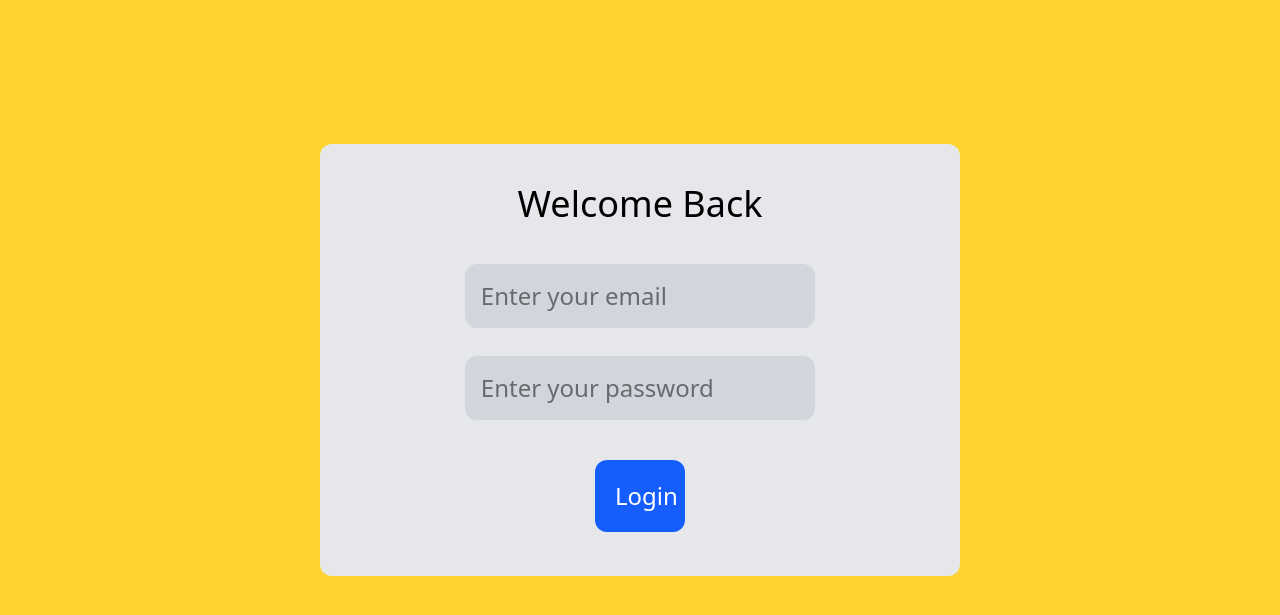
Repository: Habeebur1493/React-App
Page: /
An editor plug-in stored every save of this project. The page is shown before and after the next save, followed by the edit.
The browser window is 1280 px wide. The pictures show the whole page.
The page's requests for data from a server got no answer. The project was rebuilt for these pictures with package versions that can differ from the ones it lists, and the page was loaded fresh each time. No one was signed in, and anything a server would have sent is missing. Also part of the build but not shown: vite.config.js, src/Components/Nav.jsx, src/Components/Loading.jsx, src/Components/Home.jsx, src/Components/Details.jsx, src/Components/Addproducts.jsx, src/Components/ShowProducts.jsx.

Above is the page before, as saved 2025-02-05 15:39:30.

### index.html
<!doctype html>
<html lang="en">
  <head>
    <meta charset="UTF-8" />
    <meta name="viewport" content="width=device-width, initial-scale=1.0" />
    <title>Project</title>
  </head>
  <body>
    <div id="root"></div>
    <script type="module" src="/src/main.jsx"></script>
  </body>
</html>

### src/main.jsx
import React, { StrictMode } from "react";
import { createRoot } from "react-dom/client";
import App from "./App.jsx";
import { BrowserRouter } from "react-router-dom";
import Context from "./Components/utils/Context.jsx";
import { ToastContainer } from "react-toastify";

createRoot(document.getElementById("root")).render(
 <StrictMode>
   <Context>
    <BrowserRouter>
      <App />
      <ToastContainer />
    </BrowserRouter>
    </Context>
 </StrictMode>

);

### src/App.jsx
import React, { useState } from "react";
import "./App.css";
import { Route, Routes } from "react-router-dom";
import Login from "./Components/Login.jsx";
import Home from "./Components/Home.jsx";
import Details from "./Components/Details.jsx";
import Addproducts from "./Components/Addproducts.jsx";
import ShowProducts from "./Components/ShowProducts.jsx";

const App = () => {
  const [selectedProduct, setSelectedProduct] = useState(null);

  return (
    <div className='h-screen w-screen flex'>
      <Routes>
        <Route path='/' element={<Login />} />
        <Route path='/Home' element={<Home />} />
        <Route path='/add-products' element={<Addproducts />} />
        <Route path='/details/:id' element={<Details />} />
        <Route path='/show-products'element={<ShowProducts
              setSelectedProduct={setSelectedProduct}
              selectedProduct={selectedProduct}
            />
          }
        />
      </Routes>
    </div>
  );
};

export default App;

### src/Components/utils/Context.jsx
import React, { createContext, useEffect, useState } from "react";
import axios from "axios";

export const ProductContext = createContext();

const Context = ({children}) => {
  const [products, setproducts] = useState([]);

  const getproducts = async () => {
    try {
      const { data } = await axios.get("https://fakestoreapi.com/products");
      setproducts(data);
    } catch (error) {
      console.log( "Error Fetching products"  ,error);
    }
  };

  useEffect(() => {
    getproducts();
  }, []);

  return (
    <ProductContext.Provider value={{products, setproducts}}>
      {children}
    </ProductContext.Provider>
  );
};

export default Context;

### src/Components/Login.jsx
import React, { useEffect, useState } from "react";
import { useNavigate } from "react-router-dom";

const Login = () => {
  const [email, setEmail] = useState("");
  const [password, setPassword] = useState("");

  const navigate = useNavigate();

  useEffect(() => {
    const auth = localStorage.getItem("user");
    if (auth) {
      navigate("/");
    }
  }, [navigate]);

  const login = async () => {
    let result = await fetch("https://reqres.in/api/login", {
      method: "post",
      body: JSON.stringify({ email, password }),
      headers: {
        "Content-Type": "application/json",
        Accept: "application/json",
      },
    });
    result = await result.json();
    console.log(result);

    if (result.token) {
      localStorage.setItem("user", JSON.stringify(email));
      localStorage.setItem("token", JSON.stringify(result.token));
      navigate("/Home");
      } else{
        alert("Please enter correct details")
      }
  }

  return (
      <div className="w-full h-screen flex justify-center items-center bg-amber-300 ">
        <div className="w-[50%] h-[60%] p-5 bg-gray-200 flex-col flex items-center gap-3 rounded-xl">
          <h1 className="text-4xl font semibold mt-5 mb-5">Welcome Back</h1>

          <div className="w-full flex justify-center items-center flex-col gap-3">
            <div className="w-full flex justify-center items-center p-2 rounded-xl gap-2">
              <input
                onChange={(e) => setEmail(e.target.value)}
                type="email"
                placeholder="Enter your email"
                className="bg-gray-300 w-[60%] outline-none p-4 rounded-xl text-2xl"
              />
            </div>
            <div className="w-full flex justify-center items-center bg- gray-800 p-2 rounded-xl gap-2">
              <input
                onChange={(e) => setPassword(e.target.value)}
                type="password"
                placeholder="Enter your password"
                className="bg-gray-300 w-[60%] outline-none p-4 rounded-xl text-2xl"
              />
            </div>
            <button
              onClick={login}
              className="w-[15%] p-5 bg-blue-600 text-white text-2xl rounded-xl mt-5 cursor-pointer"
            >
              Login
            </button>
          </div>
        </div>
      </div>
  );
};

export default Login;

Loaded but not shown: src/App.css (common file)

After the next save:
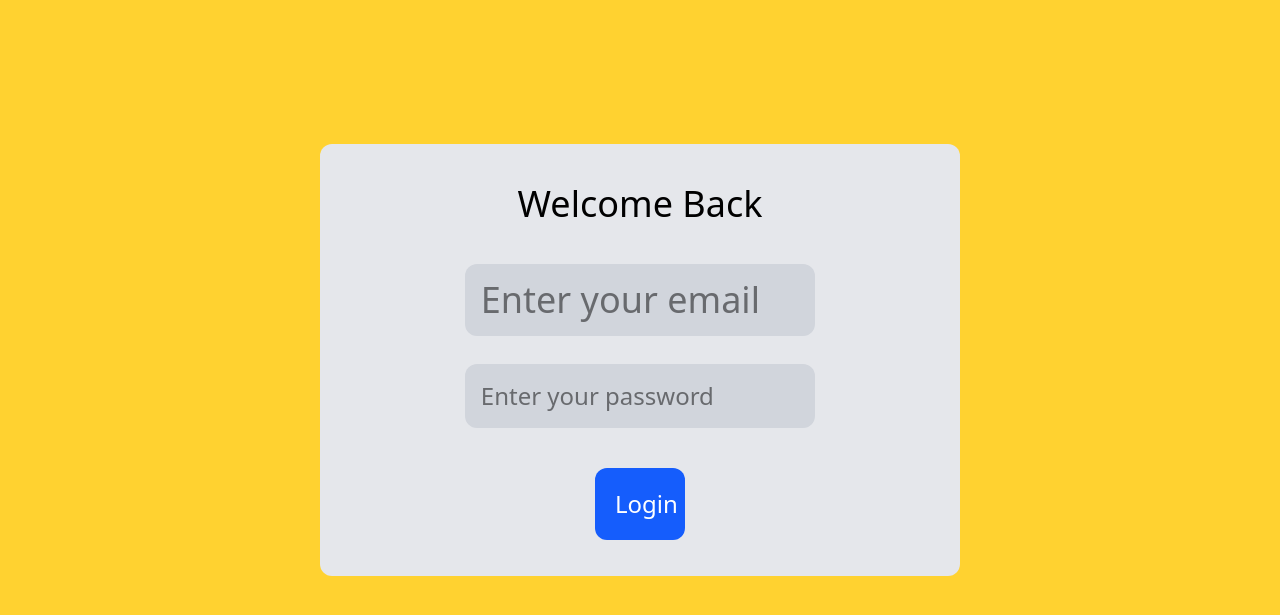
Saved 25 s later.
--- a/src/Components/Login.jsx
+++ b/src/Components/Login.jsx
@@ -46,7 +46,7 @@
                 onChange={(e) => setEmail(e.target.value)}
                 type="email"
                 placeholder="Enter your email"
-                className="bg-gray-300 w-[60%] outline-none p-4 rounded-xl text-2xl"
+                className="bg-gray-300 w-[60%] outline-none p-4 rounded-xl text-4xl"
               />
             </div>
             <div className="w-full flex justify-center items-center bg- gray-800 p-2 rounded-xl gap-2">

After the save that followed:
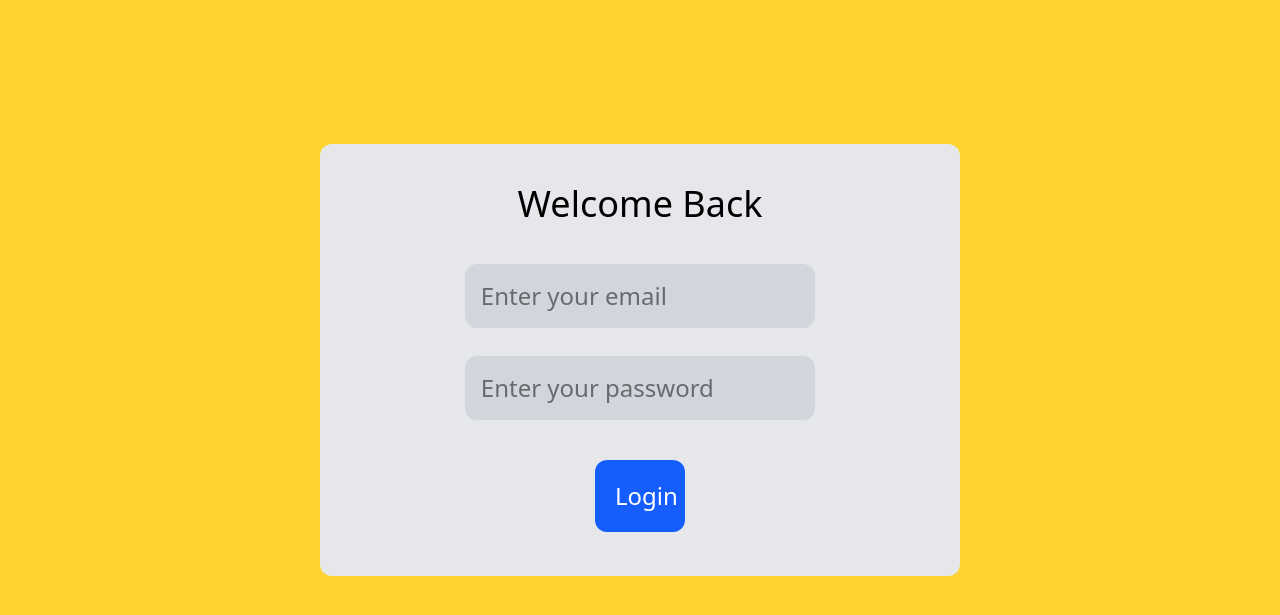
Saved 4 s later.
--- a/src/Components/Login.jsx
+++ b/src/Components/Login.jsx
@@ -46,7 +46,7 @@
                 onChange={(e) => setEmail(e.target.value)}
                 type="email"
                 placeholder="Enter your email"
-                className="bg-gray-300 w-[60%] outline-none p-4 rounded-xl text-4xl"
+                className="bg-gray-300 w-[60%] outline-none p-4 rounded-xl text-2xl"
               />
             </div>
             <div className="w-full flex justify-center items-center bg- gray-800 p-2 rounded-xl gap-2">
